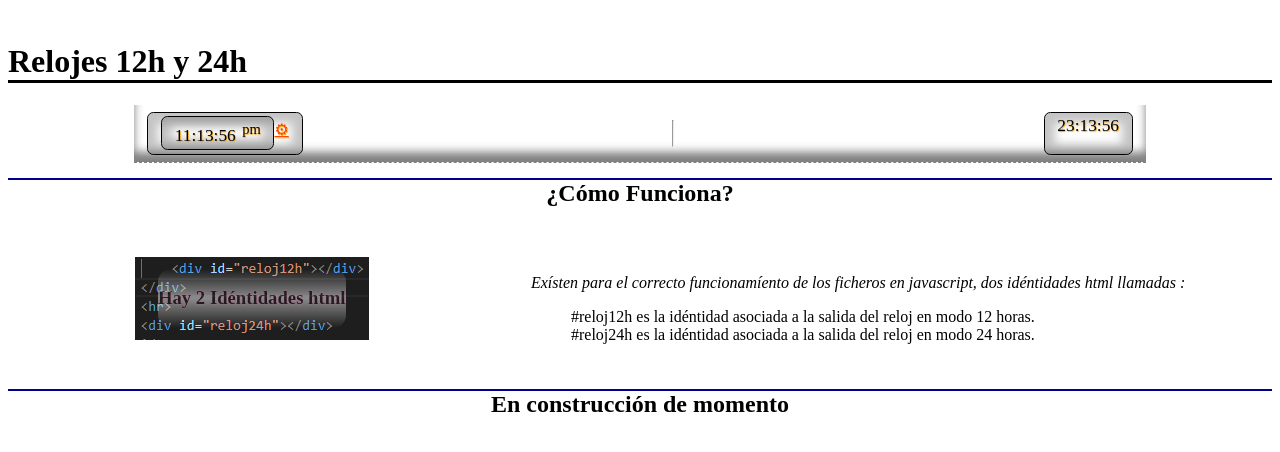
Repository: marcostonfor/clocks
Page: index.html
An editor plug-in stored every save of this project. The page is shown before and after the next save, followed by the edit.
The browser window is 1280 px wide. The pictures show the whole page.

Above is the page before, as saved 2024-09-18 23:23:01.

### index.html
<!DOCTYPE html>
<html lang="ca-ES, en-US">

<head>
    <meta charset="utf-8">
    <meta name="viewport" content="width=device-width, initial-scale=1">
    <title>relojes</title>
    <style>
        h1 {
            margin-top: 6vh;
            border-bottom: 0.3vw solid black;
        }

        #dosRelojes {
            width: 80%;
            height: auto;
            margin: 2vh auto;
            padding: 1vh 1vw;
            display: flex;
            border-bottom: 0.1vw dashed gray;
            /* box-shadow: inset -0.2vh 0 06px hsl(41, 100%, 50%); */
            box-shadow: inset 0 -10px 10px rgba(0, 0, 0, 0.5);
        }

        summary::marker {
            content: none !important;
        }

        summary {
            cursor: pointer !important;
            color: orangered;
            text-decoration: underline;
            margin: 0.5vh auto;
            font-size: 12pt;
        }

        #caja12h {
            display: flex;
        }

        h2 {
            text-align: center;
            margin-top: 2vh;
            border-top: 0.2vw solid darkblue;
        }

        #identidades_principales {
            display: flex;
            justify-content: space-around;
            align-items:last baseline;
            padding: 2vh 2vw;
            width: ;
        }

        .conFoto figure {
            position: relative;
            display: flex;
            align-items: center;
            justify-content: center;
        }

        .conFoto figure figcaption {
            position: absolute;
            border-radius: 1vw;
            text-shadow: 0 0 1px hotpink;
            background-image:  repeating-linear-gradient(0deg, transparent, hsla(0, 0%, 96%, 0.5), transparent);
            mix-blend-mode: screen;
        }
    </style>
</head>

<body>
    <header>
        <h1>Relojes 12h y 24h</h1>
        <aside id="dosRelojes">
            <div id="caja12h">
                <div id="reloj12h"></div>
            </div>
            <hr>
            <div id="reloj24h"></div>
        </aside>
        <nav></nav>
    </header>
    <main>
        <h2>¿Cómo Funciona?</h2>
        <section id="identidades_principales">
            <article class="conFoto">
                <figure>
                    <img src="./img/identidades.png" alt="foto de las id principales">
                <figcaption><h3>Hay 2 Idéntidades html</h3></figcaption>
                </figure>
            </article>
            <article class="conTexto">
                <p>
                    <cite>Exísten para el correcto funcionamíento de los ficheros en javascript, dos idéntidades html
                        llamadas :</cite>
                <blockquote>
                    #reloj12h es la idéntidad asociada a la salida del reloj en modo 12 horas.
                    <br>
                    #reloj24h es la idéntidad asociada a la salida del reloj en modo 24 horas.
                </blockquote>
                </p>
            </article>
        </section>
    </main>
    <h2>En construcción de momento</h2>
    <script type="module" src="./relojes.js"></script>
</body>

</html>

### relojes.js

import { estilosPersonales } from './archivoEstilos.js';
import { conf12h } from './archivoConfiguracion.js';
function laHora() {
	const Reloj = class {
		constructor(formato, salida) {
			this.ahora = new Date();
			this.reloj = {
				hora: this.ahora.getHours(),
				minuto: this.ahora.getMinutes(),
				segundo: this.ahora.getSeconds()
			};
			this._formato = formato;
			this._salida = salida;
		}

		get formato() {
			return this._formato;
		}

		get salida() {
			return this._salida;
		}

		set formato(horaActual) {
			this._formato = horaActual;
		}

		set salida(output) {
			this._salida = output;
		}

		anyadirCero(formatear) {
			return formatear <= 9 ? "0" + formatear : formatear;
		}

		_12h() {
			let horas = this.reloj.hora % 12;
			if (horas === 0) horas = 12;
			const amOpm = this.reloj.hora >= 12 ? "pm" : "am";
			this._formato = `${this.anyadirCero(horas)}:${this.anyadirCero(this.reloj.minuto)}:${this.anyadirCero(this.reloj.segundo)}<sup>${amOpm}</sup>`;
			return this._formato;
		}

		_24h() {
			this._formato = `${this.anyadirCero(this.reloj.hora)}:${this.anyadirCero(this.reloj.minuto)}:${this.anyadirCero(this.reloj.segundo)}`;
			return this._formato;
		}
	};

	const laSalida = () => {
		const salida = document.getElementById("reloj12h");
		const salida24h = document.getElementById("reloj24h");
		const doceHoras = new Reloj();
	//	salida.innerHTML = doceHoras._12h();
	//	salida24h.innerHTML = doceHoras._24h();

 // Verifica si existe el elemento #reloj12h
 if (salida) {
	salida.innerHTML = doceHoras._12h();
	conf12h(); // Llamada a la función conf12h() si el elemento existe
}

// Verifica si existe el elemento #reloj24h
if (salida24h) {
	salida24h.innerHTML = doceHoras._24h();
}


	function estiloscss(estilosPersonales) {

		const estils = document.createElement('STYLE');
		estils.textContent = `
* {
    box-sizing: border-box;
}

div {
    text-align: center;
    width: fit-content;
    border: 0.1vw solid black;
    font-size: 13pt;
    padding: 0.5vh 1vw;
    box-shadow: inset 0 0 10px 10px hsla(0, 0%, 41%, 0.397);
    font-family: 'Comic Sans MS';
    color: black;
    text-shadow: 0.1vh 0.1vw 1px orange;
    border-radius: 0.5vw;
}


sup {
    margin-left: 0.5vw !important;
}
	`;
		if (estilosPersonales) {
			estils.textContent += estilosPersonales;
		}


		document.head.appendChild(estils);
}

	// Llamada a la función con estilos adicionales
	estiloscss(estilosPersonales);


	};

// estiloscss();
return setInterval(laSalida, 1000);
}
laHora();

### archivoEstilos.js
export const estilosPersonales = `

    `;

### archivoConfiguracion.js
export function conf12h() {
    const config = document.createElement('DETAILS');
    const summary = document.createElement('SUMMARY');
    summary.innerHTML = `&#9881;`;
    config.appendChild(summary);

    // Verificar si el checkbox ya existe
    if (!document.getElementById('miCheckbox')) {
        const checkbox = document.createElement('input');
        checkbox.type = 'checkbox';
        checkbox.id = 'miCheckbox';
        checkbox.checked = true; // Mostrar <sup> por defecto

        const label = document.createElement('label');
        label.htmlFor = 'miCheckbox'; // Asegúrate de que coincida con el id del checkbox
        label.textContent = 'Ver "am" "pm"';

        // Crear un elemento <style> para manejar la visibilidad de <sup>
        let estils = document.getElementById('dynamicStyles');
        if (!estils) {
            estils = document.createElement('style');
            estils.id = 'dynamicStyles';
            document.head.appendChild(estils);
        }

        // Función para actualizar el estilo de <sup>
        const updateSupVisibility = () => {
            if (checkbox.checked) {
                estils.textContent = `
                    sup {
                        display: inline !important;
                    }
                `;
            } else {
                estils.textContent = `
                    sup {
                        display: none !important;
                    }
                `;
            }
        };

        // Inicializar el estilo de <sup>
        updateSupVisibility();

        // Agregar un evento al checkbox para alternar la visibilidad de <sup>
        checkbox.addEventListener('change', updateSupVisibility);

        const mostrarConfiguracion = document.getElementById('caja12h');
        // Agregar el checkbox y el label al cuerpo del documento
        label.appendChild(checkbox);
        config.appendChild(label);
        mostrarConfiguracion.appendChild(config);
    }
}

After the next save:
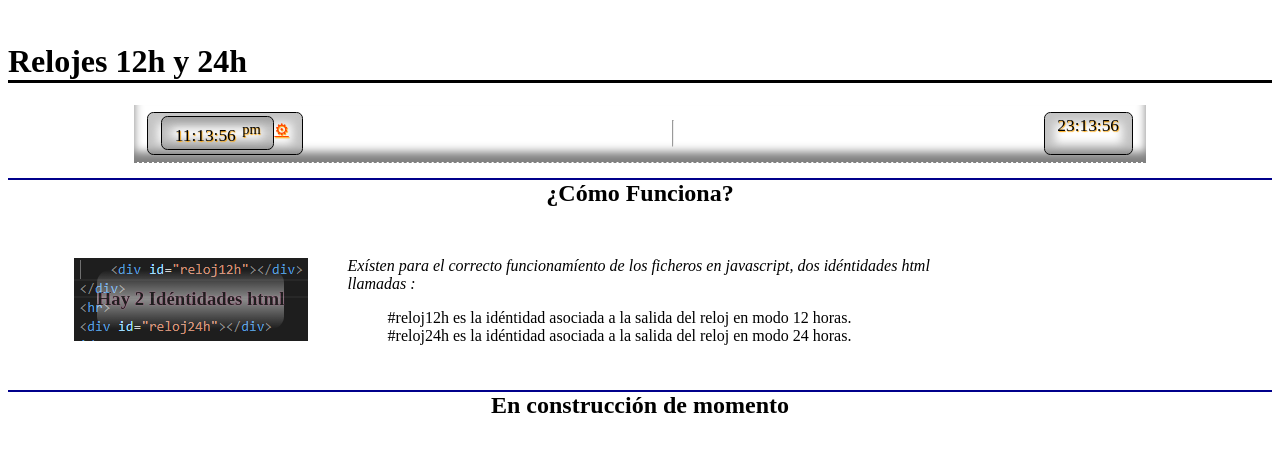
Saved 4 s later.
--- a/index.html
+++ b/index.html
@@ -49,7 +49,7 @@
             justify-content: space-around;
             align-items:last baseline;
             padding: 2vh 2vw;
-            width: ;
+            width: 78%;
         }
 
         .conFoto figure {
